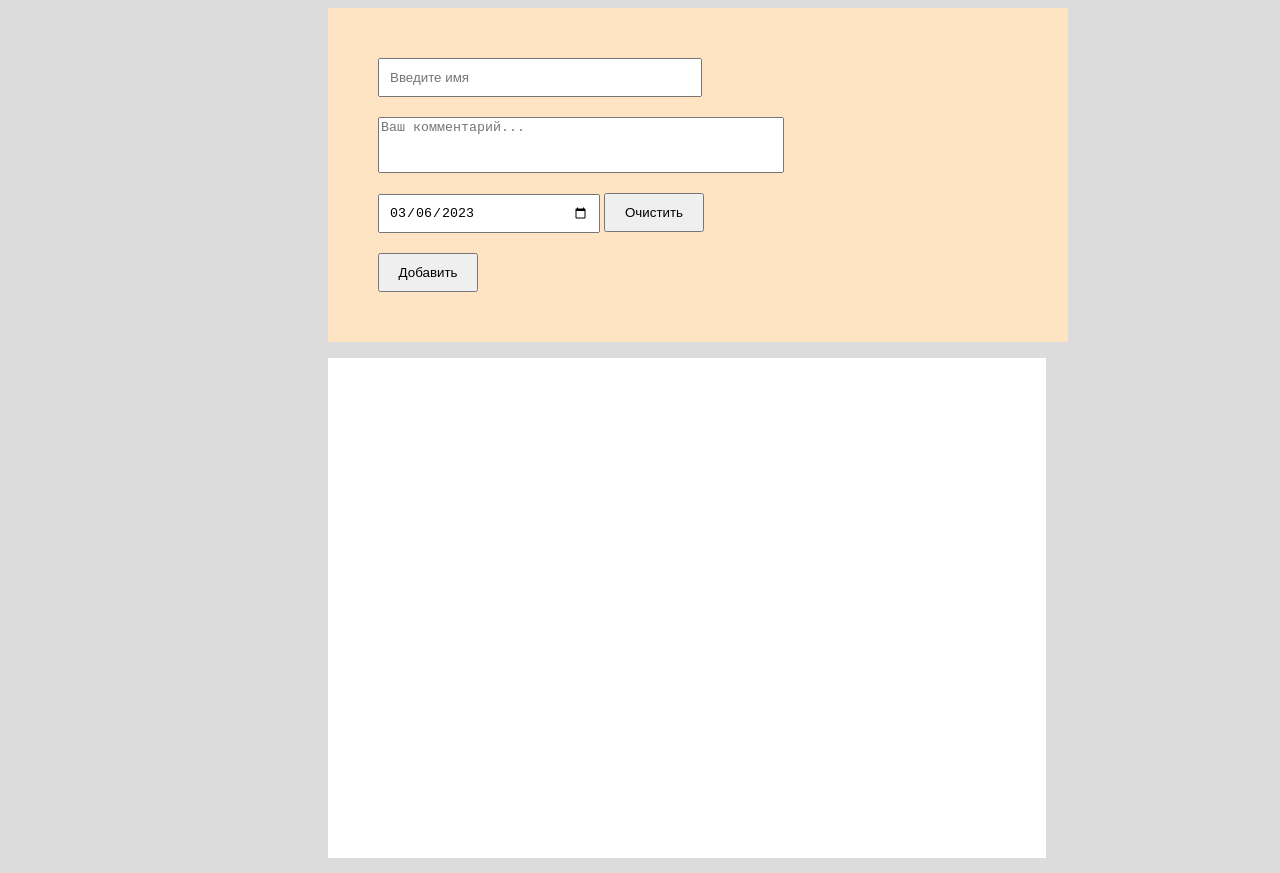
Repository: Grid-Master/commentList
Page: index.html
These files come from the project's save history. The page is drawn as it stood at one moment and after the next save; the edit follows.
The browser window is 1280 px wide. The pictures show the whole page.

Above is the page before, as saved 2023-03-13 21:52:47.

After the next save:
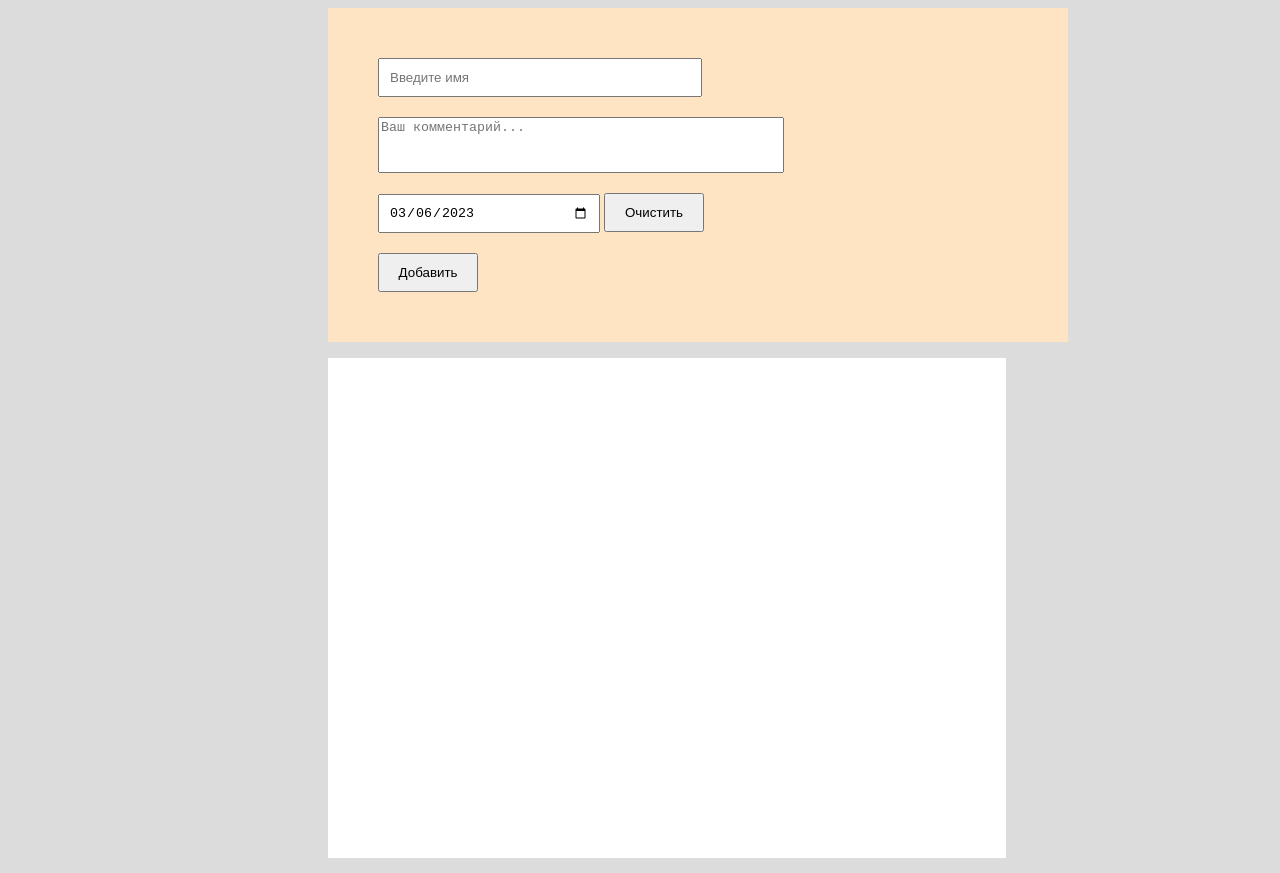
Saved 31 s later.
--- a/index.html
+++ b/index.html
@@ -47,6 +47,7 @@
         margin-left: 25vw;
         overflow-y: scroll;
         background-color: white;
+        padding-left: 0;
       }
 
       #commentList > div {
